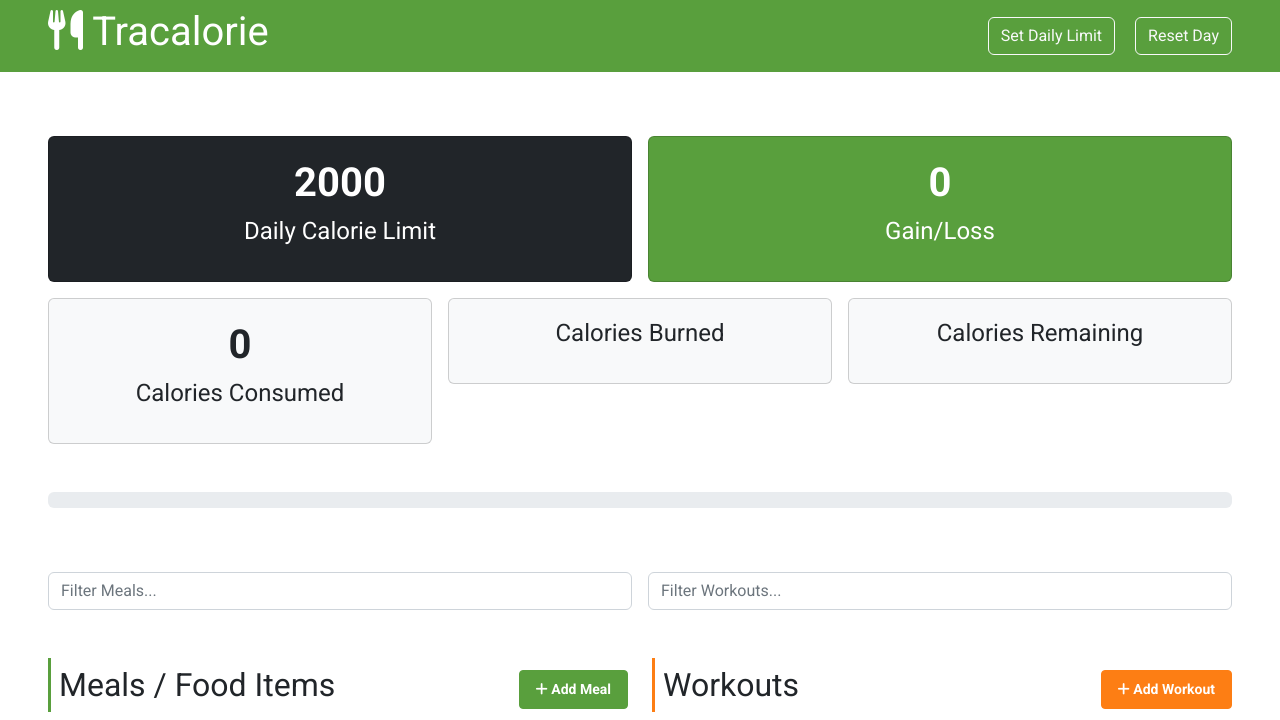
Repository: Ahmed-yasser-66/tracalorie-app
Page: index.html
The author's editor kept a copy of each file at every save. The page is drawn from the files as they stood at one save, then again after the next save.
The browser window is 1280 px wide. The pictures show the whole page.

Above is the page before, as saved 2023-07-21 11:55:30.
Console error: TypeError: Cannot read properties of undefined (reading 'reduce')

### index.html
<!DOCTYPE html>
<html lang="en">
  <head>
    <meta charset="UTF-8" />
    <meta http-equiv="X-UA-Compatible" content="IE=edge" />
    <meta name="viewport" content="width=device-width, initial-scale=1.0" />
    <link rel="shortcut icon" type="image/x-icon" href="favicon.ico" />
    <link rel="preconnect" href="https://fonts.googleapis.com" />
    <link rel="preconnect" href="https://fonts.gstatic.com" crossorigin />
    <link
      href="https://fonts.googleapis.com/css2?family=Roboto:wght@300;400;700&display=swap"
      rel="stylesheet"
    />
    <link rel="stylesheet" href="css/fontawesome.css" />
    <link rel="stylesheet" href="css/bootstrap.css" />
    <link rel="stylesheet" href="css/style.css" />
    <script src="js/bootstrap.bundle.min.js" defer></script>
    <script src="js/app.js" defer></script>
    <title>Tracalorie 2.0 | Track your Caloric Intake</title>
  </head>
  <body>
    <header
      class="bg-primary d-sm-flex justify-content-between align-items-center text-white text-center py-2 px-5"
    >
      <h1><i class="fa-solid fa-utensils"></i> Tracalorie</h1>
      <div>
        <button
          class="btn btn-outline-light mx-3"
          data-bs-toggle="modal"
          data-bs-target="#limit-modal"
        >
          Set Daily Limit
        </button>
        <button id="reset" class="btn btn-outline-light">Reset Day</button>
      </div>
    </header>

    <!-- Stats -->
    <section class="stats my-5 px-5">
      <div class="row g-3 my-3">
        <div class="col-md-6">
          <div class="card text-center bg-dark text-white">
            <div class="card-body">
              <div id="calories-limit" class="fs-1 fw-bold"></div>
              <p class="fs-4">Daily Calorie Limit</p>
            </div>
          </div>
        </div>
        <div class="col-md-6">
          <div class="card text-center bg-primary text-white">
            <div class="card-body">
              <div id="calories-total" class="fs-1 fw-bold"></div>
              <p class="fs-4">Gain/Loss</p>
            </div>
          </div>
        </div>
      </div>
      <div class="row g-3 text-center">
        <div class="col-md-4">
          <div class="card bg-light">
            <div class="card-body">
              <div id="calories-consumed" class="fs-1 fw-bold"></div>
              <p class="fs-4">Calories Consumed</p>
            </div>
          </div>
        </div>
        <div class="col-md-4">
          <div class="card bg-light">
            <div class="card-body">
              <div id="calories-burned" class="fs-1 fw-bold"></div>
              <p class="fs-4">Calories Burned</p>
            </div>
          </div>
        </div>
        <div class="col-md-4">
          <div class="card bg-light">
            <div class="card-body">
              <div id="calories-remaining" class="fs-1 fw-bold"></div>
              <p class="fs-4">Calories Remaining</p>
            </div>
          </div>
        </div>
      </div>
    </section>

    <section class="px-5">
      <div class="progress">
        <div
          id="calorie-progress"
          class="progress-bar"
          role="progressbar"
        ></div>
      </div>
    </section>

    <!-- Filter -->
    <section class="filter my-5 px-5">
      <div class="row g-3">
        <div class="col-md-6">
          <div class="mt-3">
            <input
              type="text"
              id="filter-meals"
              class="form-control"
              placeholder="Filter Meals..."
            />
          </div>
        </div>
        <div class="col-md-6">
          <div class="mt-3">
            <input
              type="text"
              id="filter-workouts"
              class="form-control"
              placeholder="Filter Workouts..."
            />
          </div>
        </div>
      </div>
    </section>

    <!-- Items -->
    <section class="items mx-5">
      <div class="row g-4">
        <!-- Meals -->
        <div class="col-md-6">
          <div class="d-flex align-items-center">
            <h2 class="border-start border-primary border-3 p-2">
              Meals / Food Items
            </h2>
            <button
              class="btn btn-primary btn-sm ms-auto text-white fw-bold py-2 px-3 h-100"
              data-bs-toggle="collapse"
              data-bs-target="#collapse-meal"
              aria-expanded="false"
              aria-controls="collapse-meal"
            >
              <i class="fa-solid fa-plus"></i> Add Meal
            </button>
          </div>

          <!-- Add Meal Form -->
          <div class="collapse" id="collapse-meal">
            <div class="card card-body bg-light">
              <form id="meal-form">
                <div class="mb-3">
                  <input
                    type="text"
                    class="form-control"
                    id="meal-name"
                    placeholder="Enter Meal or Item"
                  />
                </div>
                <div class="mb-3">
                  <input
                    type="number"
                    class="form-control"
                    id="meal-calories"
                    placeholder="Enter Calories"
                  />
                </div>
                <button type="submit" class="btn btn-primary text-white">
                  Add Meal Item
                </button>
              </form>
            </div>
          </div>

          <div id="meal-items"></div>
        </div>
        <!-- Workout -->
        <div class="col-md-6">
          <div class="d-flex align-items-center">
            <h2 class="border-start border-secondary border-3 p-2">Workouts</h2>
            <button
              class="btn btn-secondary btn-sm ms-auto text-white fw-bold py-2 px-3 h-100"
              data-bs-toggle="collapse"
              data-bs-target="#collapse-workout"
              aria-expanded="false"
              aria-controls="collapse-workout"
            >
              <i class="fa-solid fa-plus"></i> Add Workout
            </button>
          </div>

          <!-- Add Workout Form -->
          <div class="collapse" id="collapse-workout">
            <div class="card card-body bg-light">
              <form id="workout-form">
                <div class="mb-3">
                  <input
                    type="text"
                    class="form-control"
                    id="workout-name"
                    placeholder="Enter Workout"
                  />
                </div>
                <div class="mb-3">
                  <input
                    type="number"
                    class="form-control"
                    id="workout-calories"
                    placeholder="Enter Calories"
                  />
                </div>
                <button type="submit" class="btn btn-primary text-white">
                  Add Workout Item
                </button>
              </form>
            </div>
          </div>

          <div id="workout-items"></div>
        </div>
      </div>
    </section>

    <!-- Calorie Limit Modal -->
    <div
      class="modal fade"
      id="limit-modal"
      tabindex="-1"
      aria-labelledby="limitModalLabel"
      aria-hidden="true"
    >
      <div class="modal-dialog">
        <div class="modal-content">
          <div class="modal-header">
            <h1 class="modal-title fs-5" id="limitModalLabel">
              Set Daily Limit
            </h1>
            <button
              type="button"
              class="btn-close"
              data-bs-dismiss="modal"
              aria-label="Close"
            ></button>
          </div>
          <div class="modal-body">
            <form id="limit-form">
              <div class="mb-3">
                <label for="limit" class="form-label"
                  >Daily Calorie Limit</label
                >
                <input
                  type="text"
                  class="form-control"
                  id="limit"
                  placeholder="2000"
                />
              </div>

              <button type="submit" class="btn btn-primary text-white">
                Save
              </button>
            </form>
          </div>
        </div>
      </div>
    </div>
  </body>
</html>

### js/app.js
class CalorieTracker {
  constructor() {
    this._calorieLimit = Storage.getCalorieLimit();
    this._totalCalories = Storage.getTotalCalories(0);
    this._meals = Storage.getMeals();
    // this._workouts = Storage.getWorkouts();

    this._displayCaloriesLimit();
    this._displayCaloriesTotal();
    this._displayCaloriesConsumed();
    this._displayCaloriesBurned();
    this._displayCaloriesRemaining();
    this._displayCaloriesProgress();

    document.getElementById('limit').value = this._calorieLimit;
  }

  // Public Methods/API //

  addMeal(meal) {
    this._meals.push(meal);
    this._totalCalories += meal.calories;
    Storage.updateTotalCalories(this._totalCalories);
    Storage.saveMeal(meal);
    this._displayNewMeal(meal);
    this._render();
  }

  addWorkout(workout) {
    this._workouts.push(workout);
    this._totalCalories -= workout.calories;
    Storage.updateTotalCalories(this._totalCalories);
    // Storage.saveWorkout(workout);
    this._displayNewWorkout(workout);
    this._render();
  }

  removeMeal(id) {
    const index = this._meals.findIndex((meal) => meal.id === id);

    if (index !== -1) {
      const meal = this._meals[index];
      this._totalCalories -= meal.calories;
      Storage.updateTotalCalories(this._totalCalories);
      this._meals.splice(index, 1);

      this._render();
    }
  }

  removeWorkout(id) {
    const index = this._workouts.findIndex((workout) => workout.id === id);

    if (index !== -1) {
      const workout = this._workouts[index];
      this._totalCalories += workout.calories;
      Storage.updateTotalCalories(this._totalCalories);
      this._workouts.splice(index, 1);

      this._render();
    }
  }

  reset() {
    this._totalCalories = 0;
    this._meals = [];
    this._workouts = [];
    this._render();
  }

  setLimit(calorieLimit) {
    this._calorieLimit = calorieLimit;
    Storage.setCalorieLimit(calorieLimit);
    this._displayCaloriesLimit();
    this._render();
  }

  loadItems() {
    this._meals.forEach((meal) => this._displayNewMeal(meal));
  }

  // Private Methods //

  _displayCaloriesTotal() {
    const totalCaloriesEl = document.getElementById('calories-total');
    totalCaloriesEl.innerHTML = this._totalCalories;
  }

  _displayCaloriesLimit() {
    const calorieLimitEl = document.getElementById('calories-limit');
    calorieLimitEl.innerHTML = this._calorieLimit;
  }

  _displayCaloriesConsumed() {
    const caloriesConsumedEl = document.getElementById('calories-consumed');

    const consumed = this._meals.reduce(
      (total, meal) => total + meal.calories,
      0
    );

    caloriesConsumedEl.innerHTML = consumed;
  }

  _displayCaloriesBurned() {
    const caloriesBurnedEl = document.getElementById('calories-burned');

    const burned = this._workouts.reduce(
      (total, workout) => total + workout.calories,
      0
    );

    caloriesBurnedEl.innerHTML = burned;
  }

  _displayCaloriesRemaining() {
    const caloriesRemainingEl = document.getElementById('calories-remaining');
    const progressEl = document.getElementById('calorie-progress');

    const remaining = this._calorieLimit - this._totalCalories;

    caloriesRemainingEl.innerHTML = remaining;

    if (remaining <= 0) {
      caloriesRemainingEl.parentElement.parentElement.classList.remove(
        'bg-light'
      );
      caloriesRemainingEl.parentElement.parentElement.classList.add(
        'bg-danger'
      );
      progressEl.classList.remove('bg-success');
      progressEl.classList.add('bg-danger');
    } else {
      caloriesRemainingEl.parentElement.parentElement.classList.remove(
        'bg-danger'
      );
      caloriesRemainingEl.parentElement.parentElement.classList.add('bg-light');
      progressEl.classList.remove('bg-danger');
      progressEl.classList.add('bg-success');
    }
  }

  _displayCaloriesProgress() {
    const progressEl = document.getElementById('calorie-progress');
    const percentage = (this._totalCalories / this._calorieLimit) * 100;
    const width = Math.min(percentage, 100);
    progressEl.style.width = `${width}%`;
  }

  _displayNewMeal(meal) {
    const mealsEl = document.getElementById('meal-items');
    const mealEl = document.createElement('div');
    mealEl.classList.add('card', 'my-2');
    mealEl.setAttribute('data-id', meal.id);
    mealEl.innerHTML = `
    <div class="card-body">
    <div class="d-flex align-items-center justify-content-between">
      <h4 class="mx-1">${meal.name}</h4>
      <div
        class="fs-1 bg-primary text-white text-center rounded-2 px-2 px-sm-5"
      >
        ${meal.calories}
      </div>
      <button class="delete btn btn-danger btn-sm mx-2">
        <i class="fa-solid fa-xmark"></i>
      </button>
    </div>
  </div>
    `;

    mealsEl.appendChild(mealEl);
  }

  _displayNewWorkout(workout) {
    const workoutsEl = document.getElementById('workout-items');
    const workoutEl = document.createElement('div');
    workoutEl.classList.add('card', 'my-2');
    workoutEl.setAttribute('data-id', workout.id);
    workoutEl.innerHTML = `
    <div class="card-body">
    <div class="d-flex align-items-center justify-content-between">
      <h4 class="mx-1">${workout.name}</h4>
      <div
        class="fs-1 bg-secondary text-white text-center rounded-2 px-2 px-sm-5"
      >
        ${workout.calories}
      </div>
      <button class="delete btn btn-danger btn-sm mx-2">
        <i class="fa-solid fa-xmark"></i>
      </button>
    </div>
  </div>
    `;

    workoutsEl.appendChild(workoutEl);
  }

  _render() {
    this._displayCaloriesTotal();
    this._displayCaloriesConsumed();
    this._displayCaloriesBurned();
    this._displayCaloriesRemaining();
    this._displayCaloriesProgress();
  }
}

class Meal {
  constructor(name, calories) {
    this.id = Math.random().toString(16).slice(2);
    this.name = name;
    this.calories = calories;
  }
}

class Workout {
  constructor(name, calories) {
    this.id = Math.random().toString(16).slice(2);
    this.name = name;
    this.calories = calories;
  }
}

class Storage {
  static getCalorieLimit(defaultLimit = 2000) {
    let calorieLimit;
    if (localStorage.getItem('calorieLimit') === null) {
      calorieLimit = defaultLimit;
    } else {
      calorieLimit = +localStorage.getItem('calorieLimit');
    }
    return calorieLimit;
  }

  static setCalorieLimit(calorieLimit) {
    localStorage.setItem('calorieLimit', calorieLimit);
  }

  static getTotalCalories(defaultCalories = 0) {
    let totalCalories;
    if (localStorage.getItem('totalCalories') === null) {
      totalCalories = defaultCalories;
    } else {
      totalCalories = +localStorage.getItem('totalCalories');
    }
    return totalCalories;
  }

  static updateTotalCalories(calories) {
    localStorage.setItem('totalCalories', calories);
  }

  static getMeals() {
    let meals;
    if (localStorage.getItem('meals') === null) {
      meals = [];
    } else {
      meals = JSON.parse(localStorage.getItem('meals'));
    }

    return meals;
  }

  static saveMeal(meal) {
    const meals = Storage.getMeals();
    meals.push(meal);

    localStorage.setItem('meals', JSON.stringify(meals));
  }

  // static getWorkout() {
  //   let workouts;

  //   if (localStorage.getItem('workouts') === null) {
  //     workouts = [];
  //   } else {
  //     workouts = JSON.parse(localStorage.getItem('workouts'));
  //   }

  //   return workouts;
  // }

  // static saveWorkout(workout) {
  //   const workouts = Storage.getWorkout();
  //   workouts.push(workout);

  //   localStorage.setItem('workouts', JSON.stringify(workouts));
  // }
}

class App {
  constructor() {
    this._tracker = new CalorieTracker();
    this._loadEventListeners();
    this._tracker.loadItems();
  }

  _loadEventListeners() {
    document
      .getElementById('meal-form')
      .addEventListener('submit', this._newItem.bind(this, 'meal'));

    document
      .getElementById('workout-form')
      .addEventListener('submit', this._newItem.bind(this, 'workout'));

    document
      .getElementById('meal-items')
      .addEventListener('click', this._removeItem.bind(this, 'meal'));

    document
      .getElementById('workout-items')
      .addEventListener('click', this._removeItem.bind(this, 'workout'));

    document
      .getElementById('filter-meals')
      .addEventListener('keyup', this._filterItems.bind(this, 'meal'));

    document
      .getElementById('filter-workouts')
      .addEventListener('keyup', this._filterItems.bind(this, 'workout'));

    document
      .getElementById('reset')
      .addEventListener('click', this._reset.bind(this));

    document
      .getElementById('limit-form')
      .addEventListener('submit', this._setLimit.bind(this));
  }

  _newItem(type, e) {
    e.preventDefault();

    const name = document.getElementById(`${type}-name`);
    const calories = document.getElementById(`${type}-calories`);

    // Validate inputs
    if (name.value === '' || calories.value === '') {
      alert('Please fill in all fields');
      return;
    }

    if (type === 'meal') {
      const meal = new Meal(name.value, +calories.value);
      this._tracker.addMeal(meal);
    } else {
      const workout = new Workout(name.value, +calories.value);
      this._tracker.addWorkout(workout);
    }

    name.value = '';
    calories.value = '';

    const collapseItem = document.getElementById(`collapse-${type}`);
    const bsCollapse = new bootstrap.Collapse(collapseItem, {
      toggle: true,
    });
  }

  _removeItem(type, e) {
    if (
      e.target.classList.contains('delete') ||
      e.target.classList.contains('fa-xmark')
    ) {
      if (confirm('Are you sure?')) {
        const id = e.target.closest('.card').getAttribute('data-id');

        type === 'meal'
          ? this._tracker.removeMeal(id)
          : this._tracker.removeWorkout(id);

        e.target.closest('.card').remove();
      }
    }
  }

  _filterItems(type, e) {
    const text = e.target.value.toLowerCase();
    document.querySelectorAll(`#${type}-items .card`).forEach((item) => {
      const name = item.firstElementChild.firstElementChild.textContent;

      if (name.toLowerCase().indexOf(text) !== -1) {
        item.style.display = 'block';
      } else {
        item.style.display = 'none';
      }
    });
  }

  _reset() {
    this._tracker.reset();
    document.getElementById('meal-items').innerHTML = '';
    document.getElementById('workout-items').innerHTML = '';
    document.getElementById('filter-meals').value = '';
    document.getElementById('filter-meals').value = '';
  }

  _setLimit(e) {
    e.preventDefault();

    const limit = document.getElementById('limit');

    if (limit.value === '') {
      alert('Please add a limit');
      return;
    }

    this._tracker.setLimit(+limit.value);
    limit.value = '';

    const modalEl = document.getElementById('limit-modal');
    const modal = bootstrap.Modal.getInstance(modalEl);
    modal.hide();
  }
}

const app = new App();

Loaded but not shown: css/fontawesome.css (library); css/bootstrap.css (library); css/style.css (common file); js/bootstrap.bundle.min.js (library)

After the next save:
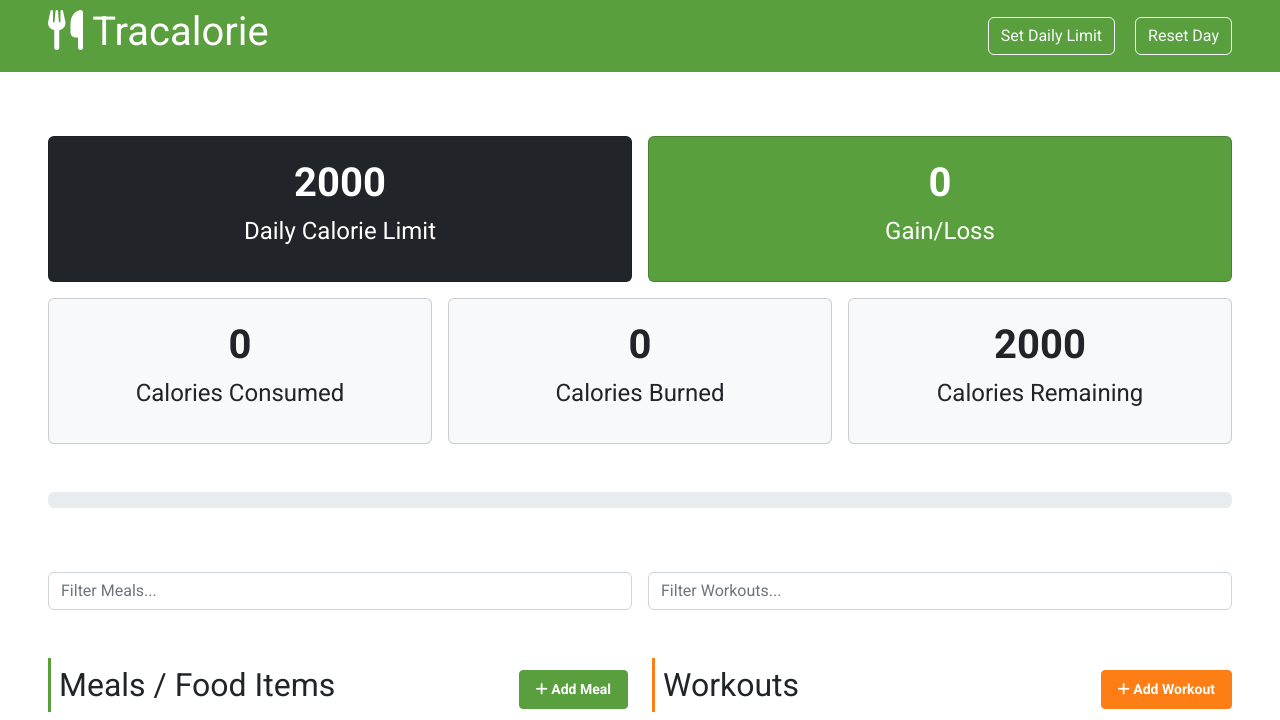
The error is gone.
Saved 94 s later.
--- a/js/app.js
+++ b/js/app.js
@@ -3,7 +3,7 @@ class CalorieTracker {
     this._calorieLimit = Storage.getCalorieLimit();
     this._totalCalories = Storage.getTotalCalories(0);
     this._meals = Storage.getMeals();
-    // this._workouts = Storage.getWorkouts();
+    this._workouts = [];
 
     this._displayCaloriesLimit();
     this._displayCaloriesTotal();
